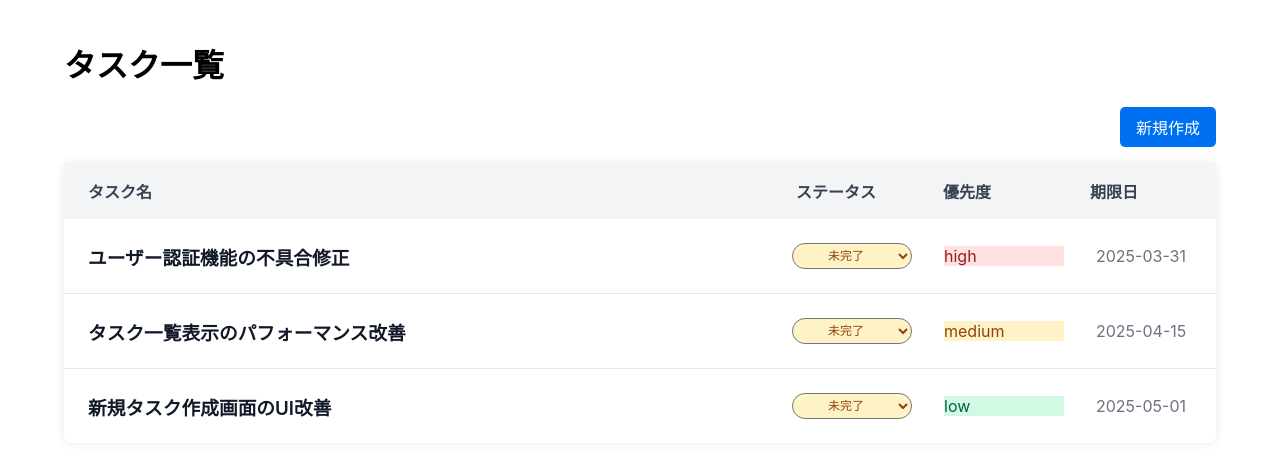
Repository: s1ros75/react-task-app
Page: /tasks
These files come from the project's save history. The page is drawn as it stood at one moment and after the next save; the edit follows.
The browser window is 1280 px wide. The pictures show the whole page.
The project was rebuilt for these pictures with package versions that can differ from the ones it lists, and the page was loaded fresh each time. Also part of the build but not shown: vite.config.ts, src/styles/home.module.css, src/pages/home/index.tsx, src/features/tasks/hooks/getTaskById.ts, src/features/tasks/styles/taskDetail.module.css, src/features/tasks/components/TaskDetail.tsx, src/features/tasks/hooks/deleteTask.ts, src/features/tasks/components/TaskDeleteButton.tsx and 9 more.

Above is the page before, as saved 2026-01-17 23:49:28.

After the next save:
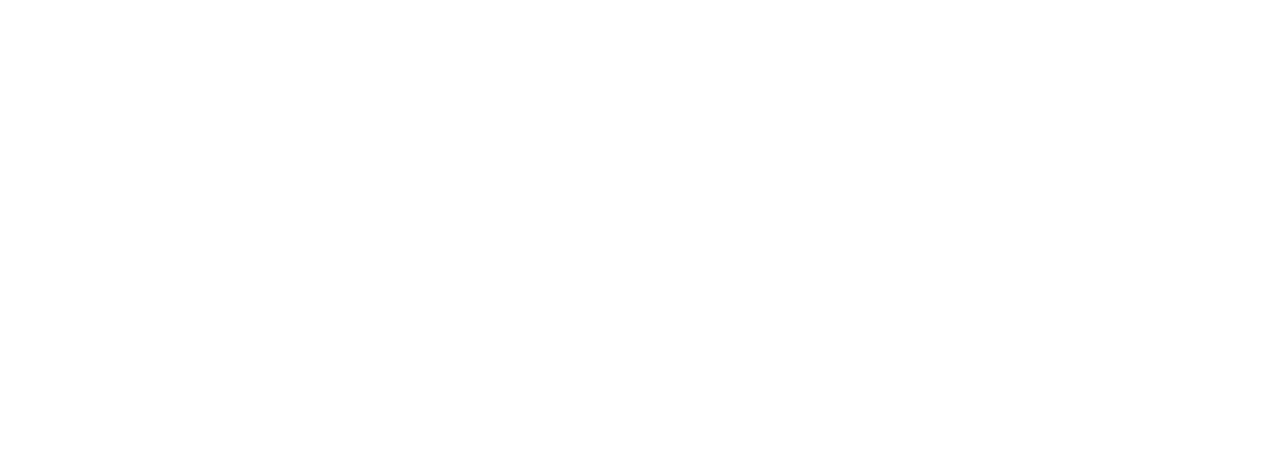
Console error: ReferenceError: Link is not defined
Saved 113 s later.
--- a/src/features/tasks/containers/TaskListContainer.tsx
+++ b/src/features/tasks/containers/TaskListContainer.tsx
@@ -3,7 +3,6 @@
 import type { Task } from "../../../types/task";
 import TaskCard from "../components/TaskCard";
 import styles from "../styles/TaskListContainer.module.css";
-import { Link } from "react-router-dom";
 import { updateTask } from "../hooks/updateTask"; // updateTask関数をインポート
 
 export default function TaskListContainer() {

After the save that followed:
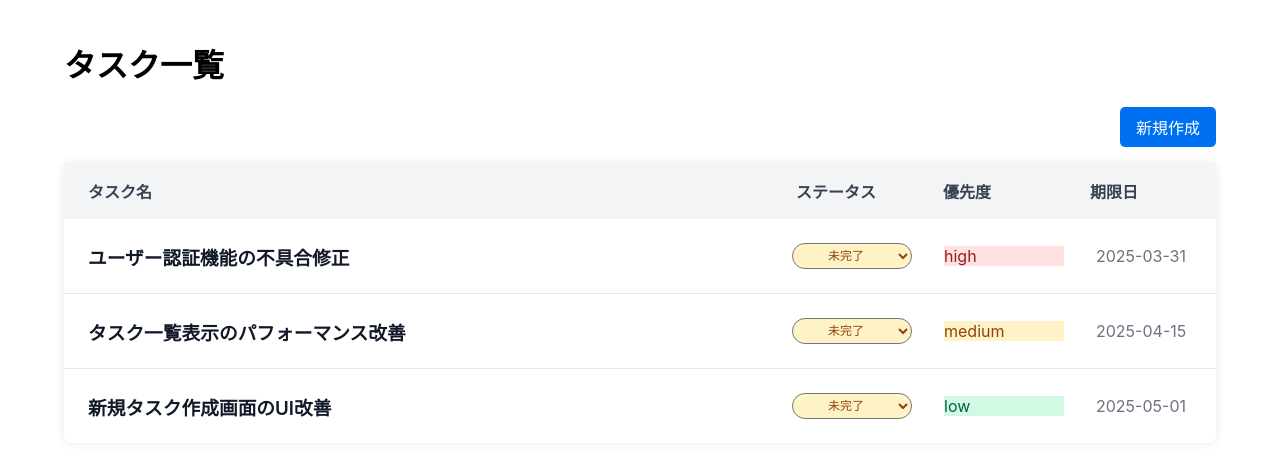
The error is gone.
Saved 4 s later.
--- a/src/features/tasks/containers/TaskListContainer.tsx
+++ b/src/features/tasks/containers/TaskListContainer.tsx
@@ -1,3 +1,4 @@
+import { Link } from "react-router-dom";
 import { useEffect, useState } from "react";
 import { getTasks } from "../hooks/getTasks";
 import type { Task } from "../../../types/task";
